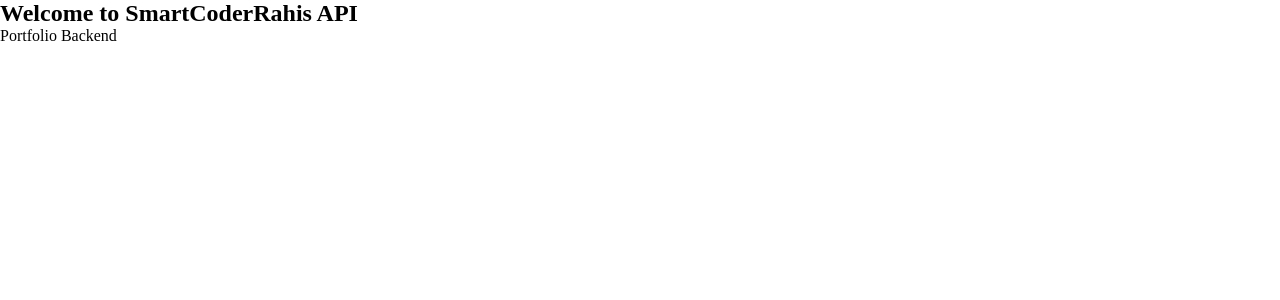
Repository: Rahis16/next_portfolio
Page: django_backend/portfolio/portfolioApp/templates/index.html
An editor plug-in stored every save of this project. The page is shown before and after the next save, followed by the edit.
The browser window is 1280 px wide. The pictures show the whole page.

Above is the page before, as saved 2025-06-25 13:12:43.

### django_backend/portfolio/portfolioApp/templates/index.html
<!DOCTYPE html>
<html lang="en">
<head>
    <meta charset="UTF-8">
    <meta name="viewport" content="width=device-width, initial-scale=1.0">
    <title>Document</title>
    <style>
        *{
            padding: 0;
            margin: 0;
            box-sizing: border-box;
            font
        }
    </style>
</head>
<body>
    <section class="home">
        <h1>Welcome to SmartCoderRahis API</h1>
        <p>Portfolio Backend</p>
    </section>
</body>
</html>

After the next save:
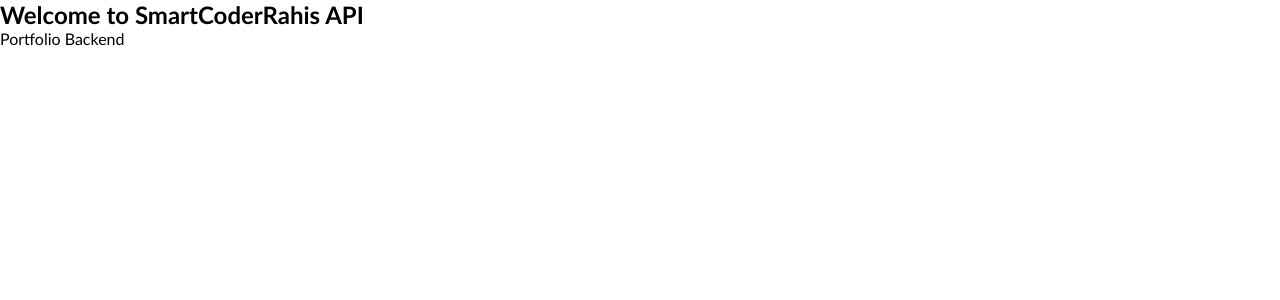
Saved 7 s later.
--- a/django_backend/portfolio/portfolioApp/templates/index.html
+++ b/django_backend/portfolio/portfolioApp/templates/index.html
@@ -9,7 +9,7 @@
             padding: 0;
             margin: 0;
             box-sizing: border-box;
-            font
+            font-family: 'Gill Sans', 'Gill Sans MT', Calibri, 'Trebuchet MS', sans-serif;
         }
     </style>
 </head>
